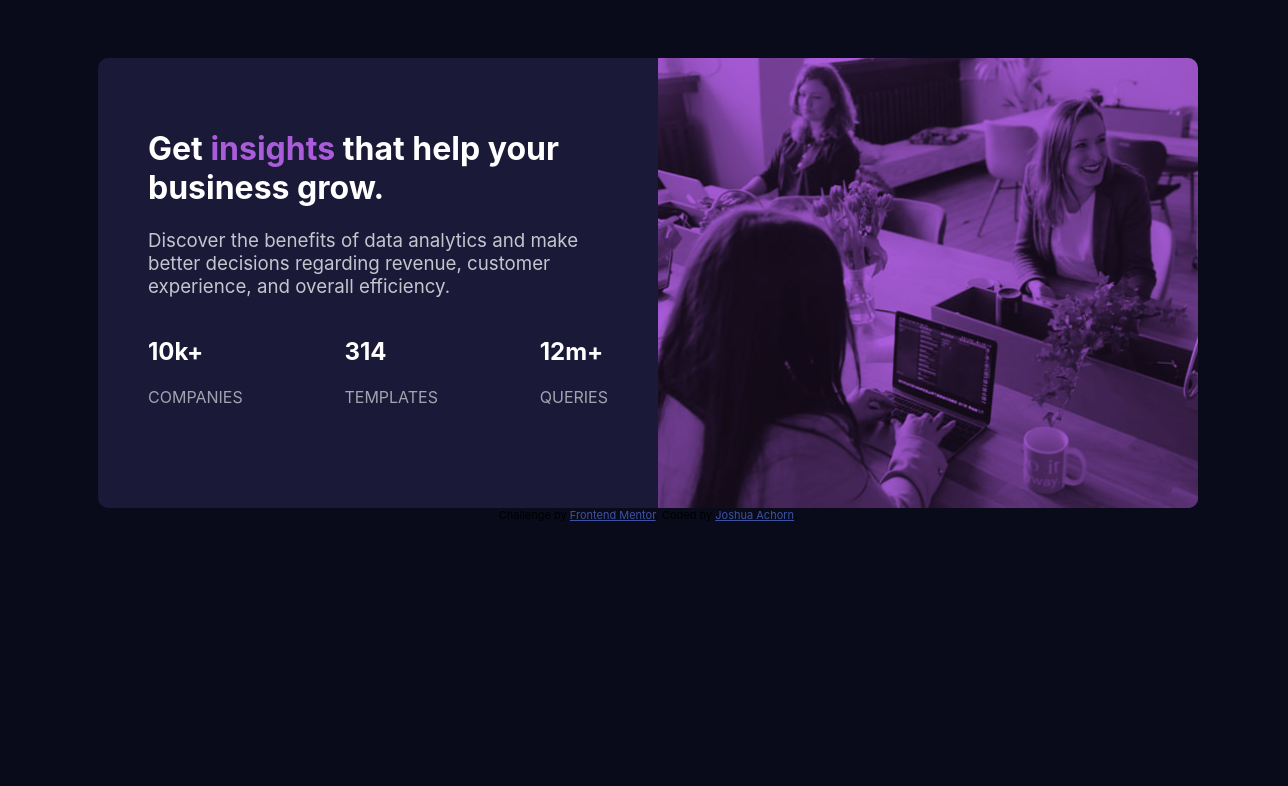
Repository: Achorn/stats-preview-card
Page: index.html
The author's editor kept a copy of each file at every save. The page is drawn from the files as they stood at one save, then again after the next save.
The browser window is 1280 px wide. The page is 1288 px wide, so the pictures cover 1288 px, including what lies to the right of the window. The pictures show the whole page.
Some web fonts or font styles are not loaded; a fallback is used.

Above is the page before, as saved 2021-06-17 08:45:24.

After the next save:
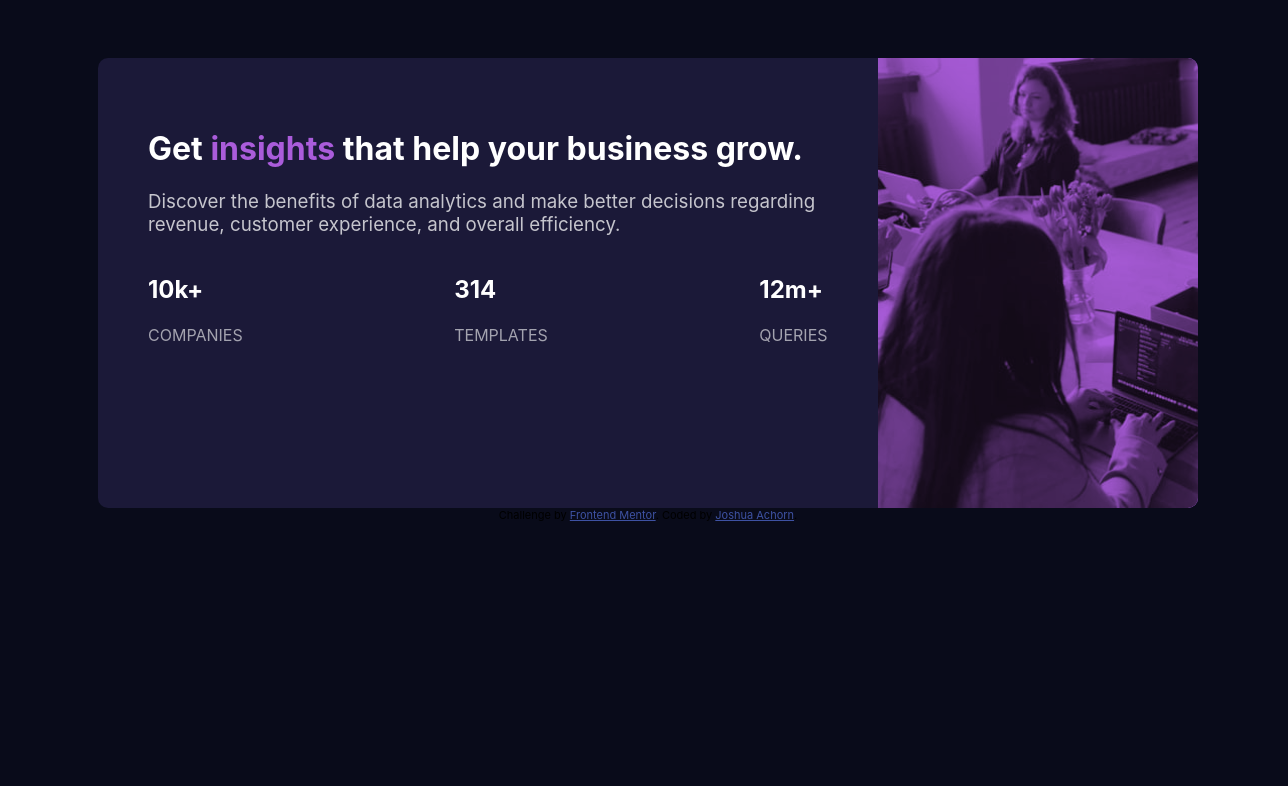
Saved 2 min 44 s later.
--- a/styles.css
+++ b/styles.css
@@ -43,6 +43,8 @@
   text-transform: uppercase;
 }
 #img-container {
+  overflow: auto;
+
   background: hsl(277, 64%, 61%);
   /* margin: 0px; */
   /* display: inline-block; */

After the 2 saves that followed:
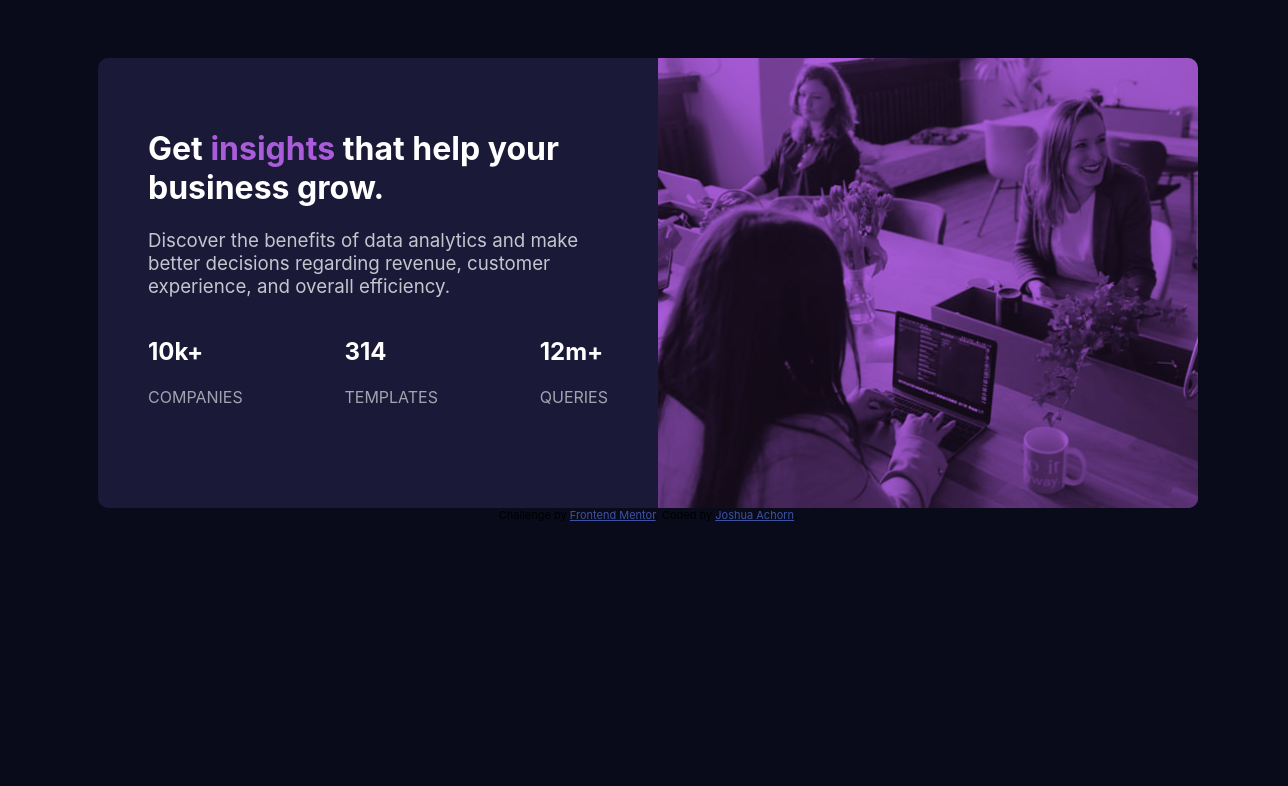
The 2 saves are shown as one change because they came seconds apart.
The last was saved 16 s later.
--- a/styles.css
+++ b/styles.css
@@ -43,8 +43,7 @@
   text-transform: uppercase;
 }
 #img-container {
-  overflow: auto;
-
+  height: auto;
   background: hsl(277, 64%, 61%);
   /* margin: 0px; */
   /* display: inline-block; */
